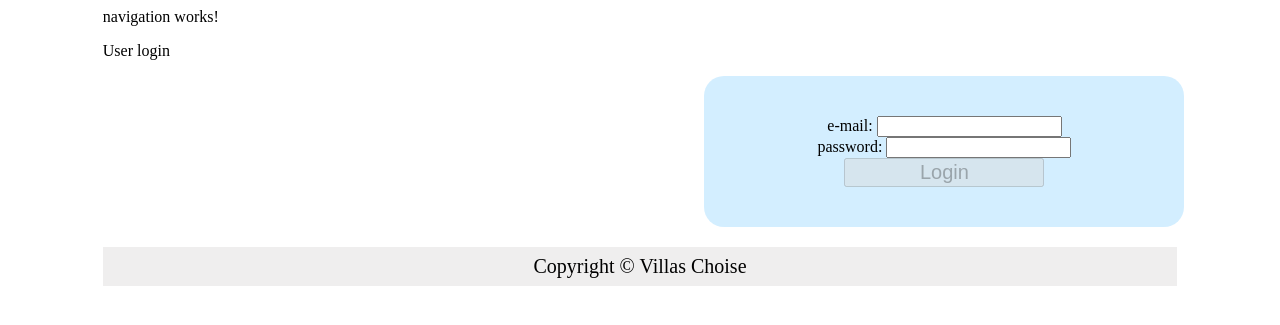
Repository: vsterev/angular-antiCovid-travel
Page: /login (app in covid-travel/)
An editor plug-in stored every save of this project. The page is shown before and after a run of saves, followed by the edit.
The browser window is 1280 px wide. The pictures show the whole page.
The project was rebuilt for these pictures with package versions that can differ from the ones it lists, and the page was loaded fresh each time. Also part of the build but not shown: covid-travel/angular.json, covid-travel/src/app/villas/details-reservation/details-reservation.component.ts, covid-travel/src/app/villas/villa-book/villa-book.component.ts, covid-travel/src/app/villas/villa-edit/villa-edit.component.ts, covid-travel/src/app/user/user.service.ts, covid-travel/src/app/villas/villa.service.ts, covid-travel/src/app/villas/villa-detail/villa-detail.component.ts, covid-travel/src/app/villas/villa-add/villa-add.component.ts and 6 more.

Above is the page before, as saved 2020-11-16 09:46:40.

After the next 3 saves:
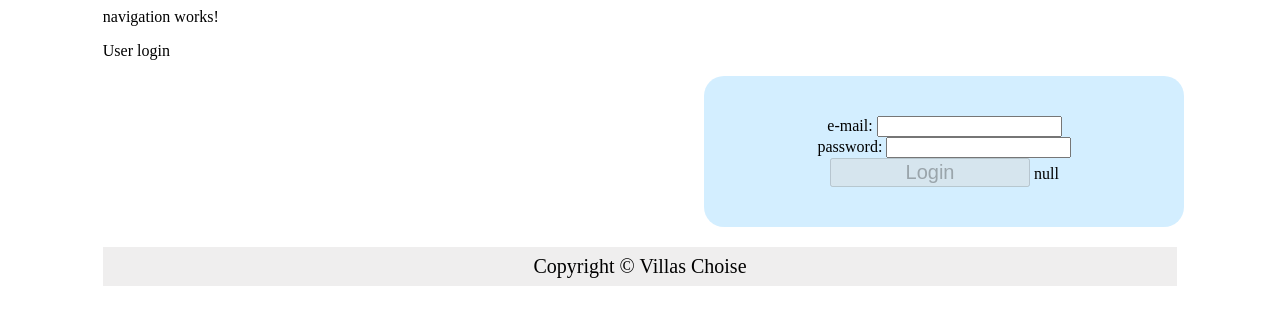
The 3 saves are shown as one change because 2 did not build or start.
The last was saved 2 min 47 s later.
--- a/covid-travel/src/app/user/login/login.component.html
+++ b/covid-travel/src/app/user/login/login.component.html
@@ -15,4 +15,5 @@
     </div>
   </div>
   <button [disabled]="loginform.invalid">Login</button>
+  {{ loginform.errors | json }}
 </form>
